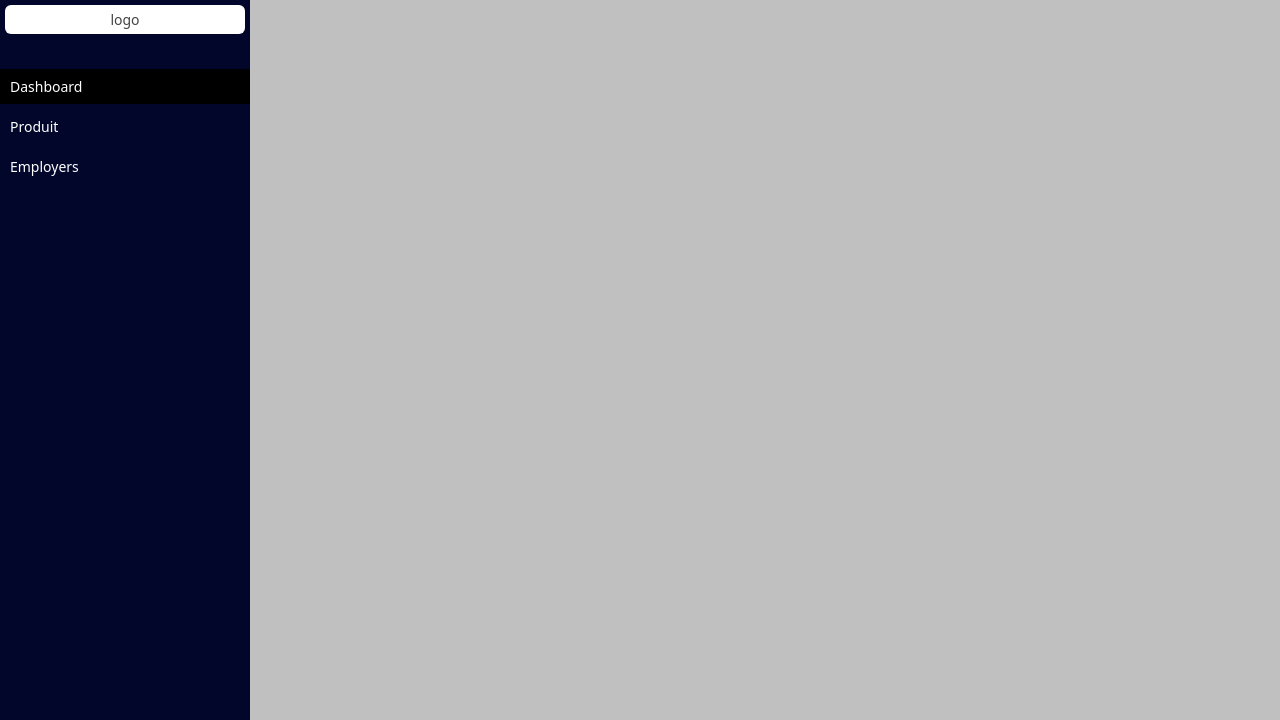
Repository: zpaulange/task_manager
Page: dashboard/index.html
The author's editor kept a copy of each file at every save. The page is drawn from the files as they stood at one save, then again after the next save.
The browser window is 1280 px wide. The pictures show the whole page.
The pointer rests on the first visible `.aside_list a`.

Above is the page before, as saved 2025-03-06 10:37:59.

After the next save:
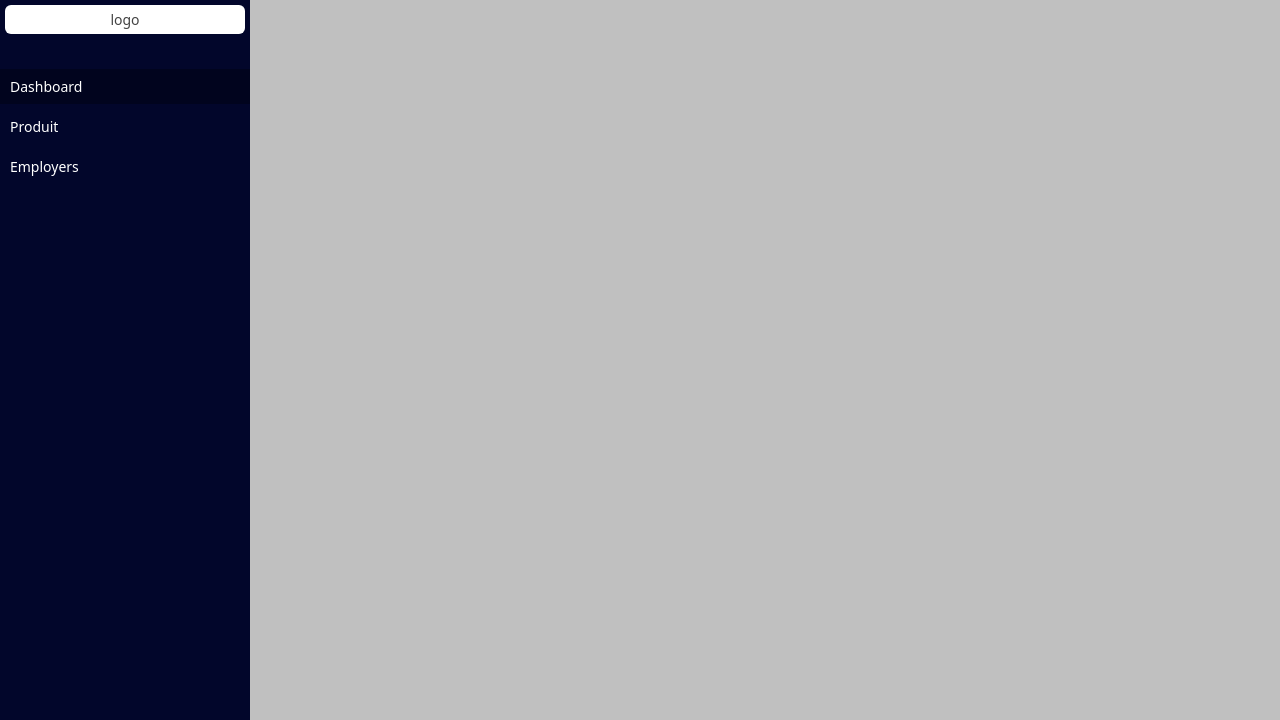
Saved 37 s later.
--- a/assets/styles/dashboard/style.css
+++ b/assets/styles/dashboard/style.css
@@ -58,7 +58,7 @@ ul li{
   transition:.2s;
 }
 .aside_list a:hover{
-  background-color: #000;
+  background-color: #0000004f;
 }
 .dashboard_right{
   padding-left: 250px;
